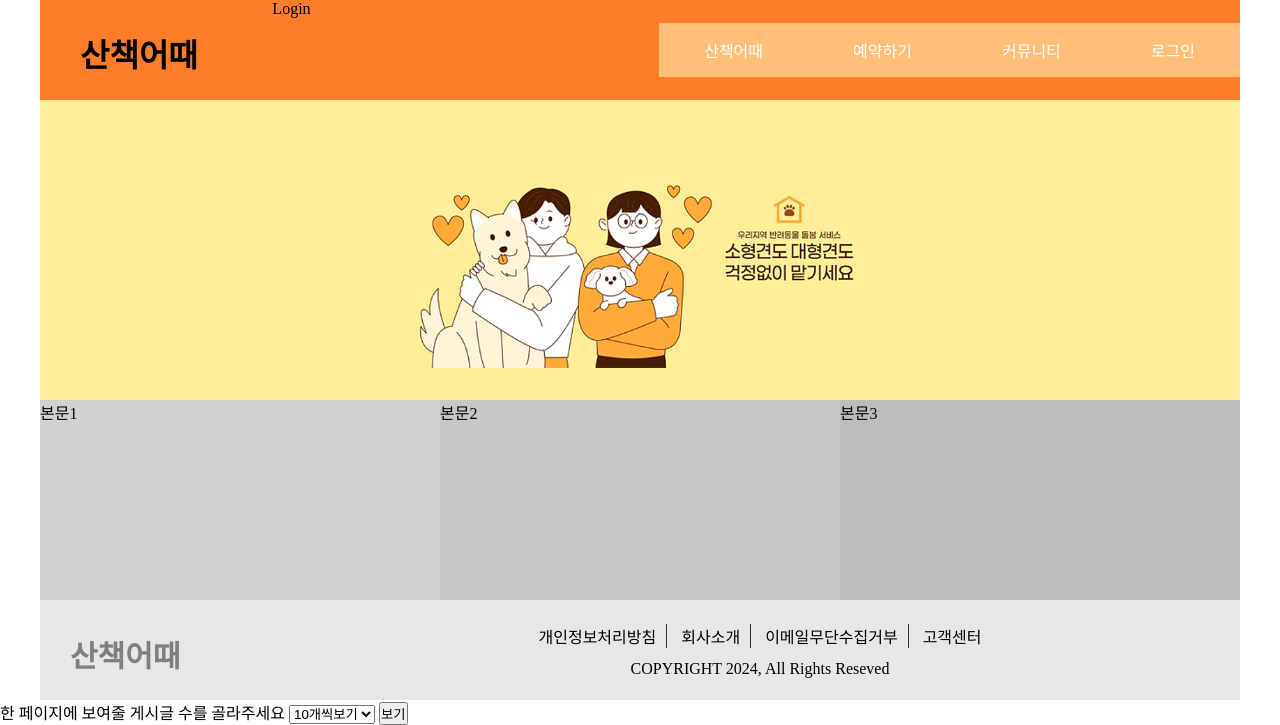
Repository: to-flatwhite1/portfolio
Page: http://localhost/JSP/
An editor plug-in stored every save of this project. The page is shown before and after the next save, followed by the edit.
The browser window is 1280 px wide. The pictures show the whole page.
The page is served by Tomcat 9. Other server files are loaded and not shown.

Above is the page before, as saved 2024-07-08 06:29:10.

### JSP/src/main/webapp/index.jsp
<%@ page language="java" contentType="text/html; charset=utf-8"
    pageEncoding="utf-8"%>
<!DOCTYPE html>
	<html>
	<head>
		<meta charset="utf-8">
		<title>산책어때</title>
		<link href="index.css" rel="stylesheet" type="text/css">
		<script src="jquery.min.js"></script>
		<script src="script.js"></script>
	</head>
	<body>
    <div id="wrap">
        <header id="header">
            <h1 class="logo">
                <a href="#">산책어때</a>
            </h1>
            <a href="login.jsp">Login</a>
            <nav class="nav">
                <ul>
                    <li><a href="#">산책어때</a>
                        <ul class="submenu">
                            <li><a href="introduce.jsp">산책어때 소개</a></li>
                        </ul>
                    </li>
                    <li><a href="#">예약하기</a>
                        <ul class="submenu">
                            <li><a href="#">산책하고싶은 강아지</a></li>
                            <li><a href="#">산책을 시키고 싶은 지원자</a></li>
                        </ul>
                    </li>
                    <li><a href="#">커뮤니티</a>
                        <ul class="submenu">
                            <li><a href="#">리뷰</a></li>
                            <li><a href="board.jsp">자유게시판</a></li>
                        </ul>
                     </li>
                    <li><a href="#">로그인</a>
                        <ul class="submenu">
                        	<li><a href="login.jsp">로그인</a></li>
                            <li><a href="register.jsp">회원가입</a></li>
                            <li><a href="mypage.jsp">마이페이지</a></li>
                        </ul>
                    </li>
                </ul>
            </nav>
        </header>
        <!-- header 끝 -->
		<div id="slide">
			<div class="slide_list">
				<ul>
					<li class="s1"><a href="#"></a></li>
					<li class="s2"><a href="#"></a></li>
				</ul>
			</div>
		</div>
        <div id="contents">
			<div class="content1">본문1</div>
			<div class="content2">본문2</div>
            <div class="content3">본문3</div>
        </div>
        <footer id="footer">
            <div class="footer1">
                <h4>산책어때</h4>
            </div>
            <div class="footer2">
                <div class="footer2-1">
                    <ul>
                        <li><a href="#">개인정보처리방침</a></li>
                        <li><a href="#">회사소개</a></li>
                        <li><a href="#">이메일무단수집거부</a></li>
                        <li><a href="#">고객센터</a></li>
                    </ul>
                </div>
                <div class="footer2-2">
                    COPYRIGHT 2024, All Rights Reseved
                </div>
            </div>
        </footer>
    </div>
    <!-- currentPage : 현재 보고있는 페이지번호 -->
		<!-- recordsPerPage : 한페이지 당 보여줄 게시글 수 -->
		<!-- limit n1, n2 -->
		<!-- 다음번에 시작되는 자료의 번호는 n1+n2+1 -->
		<!-- P1 : 1~10  (n1=0, n2=10)-->
		<!-- P2 : 11~20 (n1=10, n2=10)-->
		<!-- P3 : 21~30 (n1=20, n2=10)-->
		<form action="ReadPage" method="get">
			<input type="hidden" name="currentPage" value="1">
			한 페이지에 보여줄 게시글 수를 골라주세요
			<select name="recordsPerPage">
				<option value="5">5개씩보기</option>
				<option value="10" selected>10개씩보기</option>
				<option value="15">15개씩보기</option>
			</select>
			<input type="submit" value="보기">
		</form>
	</body>

</html>

### JSP/src/main/webapp/index.css
@charset "utf-8";
* {
    margin: 0;
    padding: 0;



}
a {
    text-decoration: none;
   	color: black;
}
a:visited { text-decoration: none; }
/*a:hover { text-decoration: none; }
a:focus { text-decoration: none; }
a:hover, a:active { text-decoration: none; }*/

a:link{

}

li {
    list-style: none;
}

/* wrap */
#wrap {
    width: 1200px;
    margin: 0 auto;
    position: relative;
}

/* header */
#header {
    width: 100%;
    display: flex;
    background-color: #FF7D29;
}
#header .logo {
    width: 20%;
    color: white;
    height: 100px;
}
#header .logo a {
    display: inline-block;

    padding: 30px 40px;
}
.nav {
    width: 80%;
    height: 100px;
    position: relative;
    z-index: 1000;
}
#header .nav > ul {
    display: flex;
    justify-content: right;
    align-items: center;
    height: 100%;
}
#header .nav > ul > li {
    position: relative;
}
#header .nav > ul > li > a {
    color: #fff;
    padding: 15px 45px;
    background-color: #FFBF78;	/*메뉴색*/
    display: block;
}
#header .nav > ul > li > a:hover {
    background-color: #FFDCA9;;
}
#header .nav > ul > li > ul {
    position: absolute;
    left: 0;
    background-color: #fff;
    width: 100%;
    text-align: center;
    display: none;
}
#header .nav > ul > li > ul > li > a {
    padding: 10px 20px;
    display: block;
}
#header .nav > ul > li > ul > li > a:hover {
    background-color: #FFBF78	;
}

.slide_list{height: 300px; background-color: #fc9; position: relative;overflow: hidden;}
.slide_list ul{position: absolute; top:0; left:0; height: 900px;}
.slide_list ul li{position:relative; width:1200px; height: 300px;}
.slide_list ul li a{ display: block; height: 100%;}
.s1{
	background: url(images/main.png) no-repeat center;
}
.s2{
	background: url(images/main2.png) no-repeat center;
}
#contents {
    width: 100%;
    display: flex;
}
#contents .content1 {
    width: 33.3333%;
    height: 200px;
    background-color: #d1d1d1;
}
#contents .content2 {
    width: 33.3333%;
    height: 200px;
    background-color: #c7c7c7;
}
#contents .content3 {
    width: 33.3333%;
    height: 200px;
    background-color: #bcbcbc;
}

#footer {
    width: 100%;
    display: flex;
    background-color: #e7e7e7;
}
#footer .footer1 {
    width: 20%;
    height: 100px;
}
#footer .footer1 h4 {
    font-size: 30px;
    color: #7f7f7f;
    padding: 32px 30px;
}
#footer .footer2 {
    width: 80%;
}
#footer .footer2 .footer2-1 {
    width: 100%;
    height: 50px;
    text-align: center;
}
#footer .footer2 .footer2-1 ul {
    padding-top: 24px;
}
#footer .footer2 .footer2-1 li {
    display: inline-block;
    border-right: 1px solid #333;
}
#footer .footer2 .footer2-1 li:last-child {
    border: 0;
}
#footer .footer2 .footer2-1 li a {
    padding: 10px;
}
#footer .footer2 .footer2-1 li a:hover {
    text-decoration: underline;
}
#footer .footer2 .footer2-2 {
    width: 100%;
    height: 50px;
    text-align: center;
    padding-top: 10px;
    box-sizing: border-box;
}

/* contents : banner */

### JSP/src/main/webapp/script.js
$(function(){


        // 메뉴 : 하나씩 나오기
        $(".nav > ul > li").mouseover(function(){
            $(this).find(".submenu").stop().slideDown(200);
        });
        $(".nav > ul > li").mouseout(function(){
            $(this).find(".submenu").stop().slideUp(200);
        });

       function slide(){
		   $(".slide_list ul").animate({top:-300},1000,function(){
			   $(".slide_list ul").append($(".slide_list ul li").first());
			   $(".slide_list ul").css({top:0});
		   });
	   }
	   setInterval(slide,3000);

    });

Loaded but not shown: JSP/src/main/webapp/jquery.min.js (library)

After the next save:
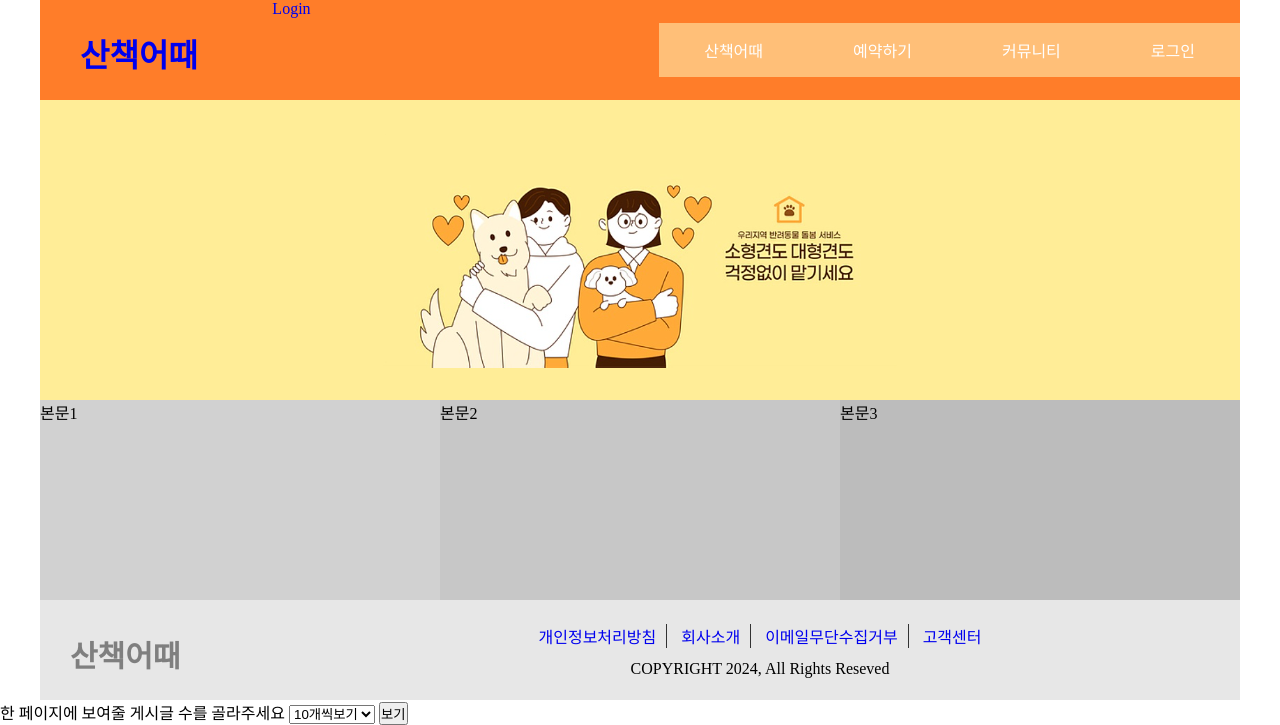
Saved 40 s later.
--- a/JSP/src/main/webapp/index.css
+++ b/JSP/src/main/webapp/index.css
@@ -8,9 +8,9 @@
 }
 a {
     text-decoration: none;
-   	color: black;
+
 }
-a:visited { text-decoration: none; }
+a:visited { text-decoration: none; color: black;}
 /*a:hover { text-decoration: none; }
 a:focus { text-decoration: none; }
 a:hover, a:active { text-decoration: none; }*/

After the save that followed:
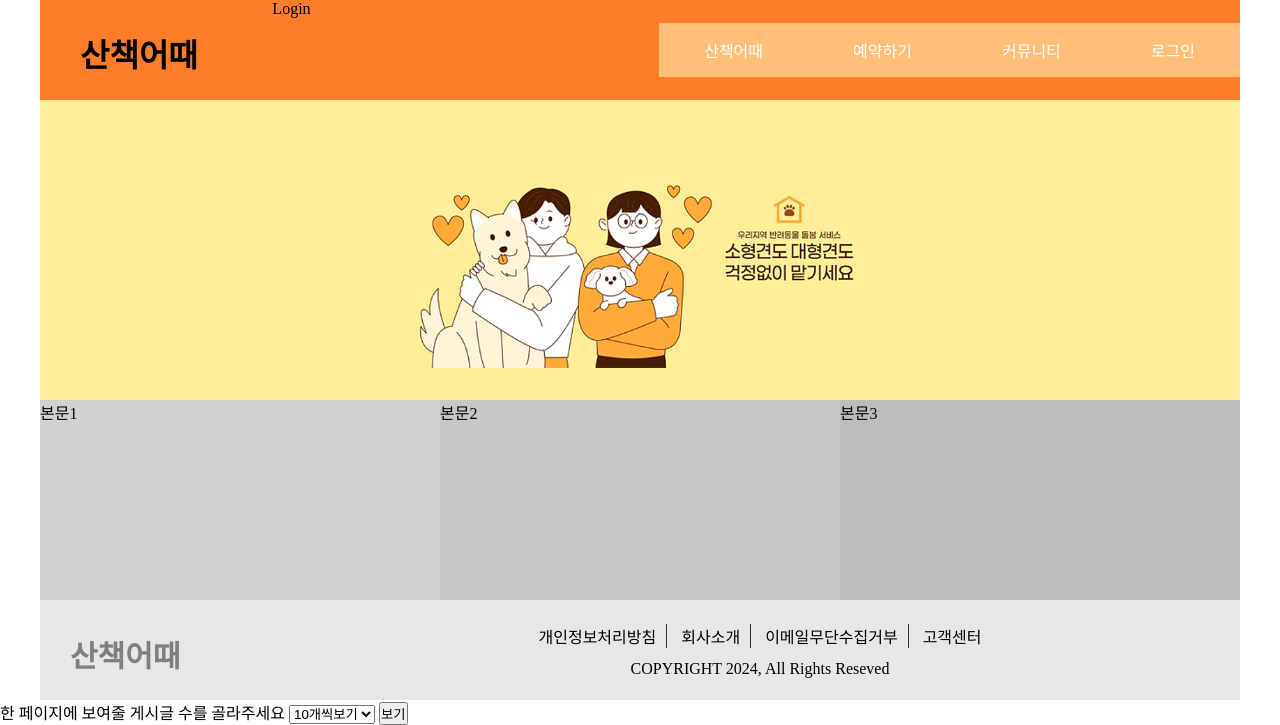
Saved 42 s later.
--- a/JSP/src/main/webapp/index.css
+++ b/JSP/src/main/webapp/index.css
@@ -8,9 +8,9 @@
 }
 a {
     text-decoration: none;
-
+   	color: black;
 }
-a:visited { text-decoration: none; color: black;}
+a:visited { text-decoration: none; }
 /*a:hover { text-decoration: none; }
 a:focus { text-decoration: none; }
 a:hover, a:active { text-decoration: none; }*/
